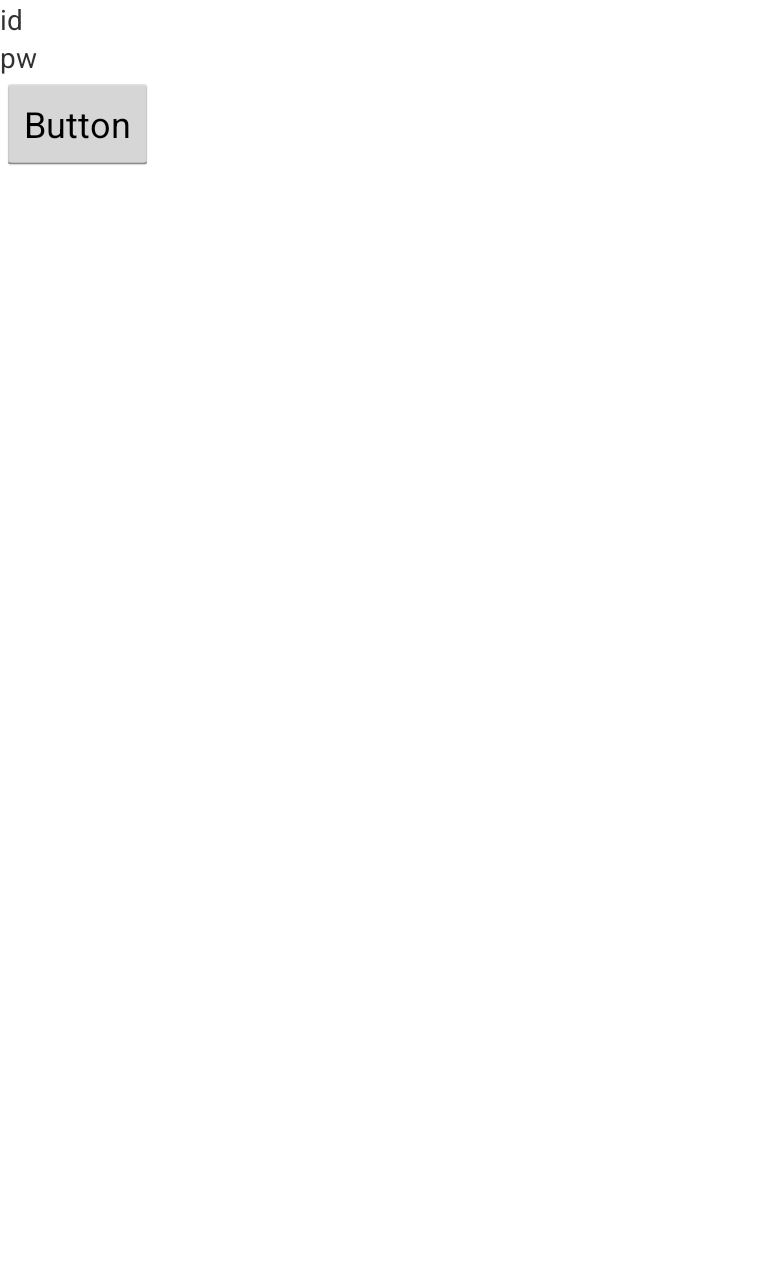
Repository: mewards/Android_Study
Layout: hw/wooil/hw4/res/layout/check.xml
The author's editor kept a copy of each file at every save. The layout is drawn from the files as they stood at one save, then again after the next save.
It is drawn on a 768 x 1280 px phone screen (xhdpi) without system bars, with theme AppTheme; the app's code is not run.

Above is the layout before, as saved 2014-03-04 05:37:25.

### hw/wooil/hw4/res/layout/check.xml
<?xml version="1.0" encoding="utf-8"?>
<LinearLayout xmlns:android="http://schemas.android.com/apk/res/android"
    android:layout_width="match_parent"
    android:layout_height="match_parent"
    android:orientation="vertical" >

    <TextView
        android:id="@+id/idChk"
        android:layout_width="wrap_content"
        android:layout_height="wrap_content"
        android:text="id" />

    <TextView
        android:id="@+id/pwChk"
        android:layout_width="wrap_content"
        android:layout_height="wrap_content"
        android:text="pw" />

    <LinearLayout
        android:layout_width="match_parent"
        android:layout_height="wrap_content" >
    </LinearLayout>

    <LinearLayout
        android:layout_width="match_parent"
        android:layout_height="wrap_content" >

        <Button
            android:id="@+id/button1"
            android:layout_width="wrap_content"
            android:layout_height="wrap_content"
            android:text="Button" />
    </LinearLayout>

</LinearLayout>

Loaded but not shown: hw/wooil/hw4/res/values/styles.xml (common file); hw/wooil/hw4/res/values-v11/styles.xml (common file); hw/wooil/hw4/res/values-v14/styles.xml (common file)

After the next save:
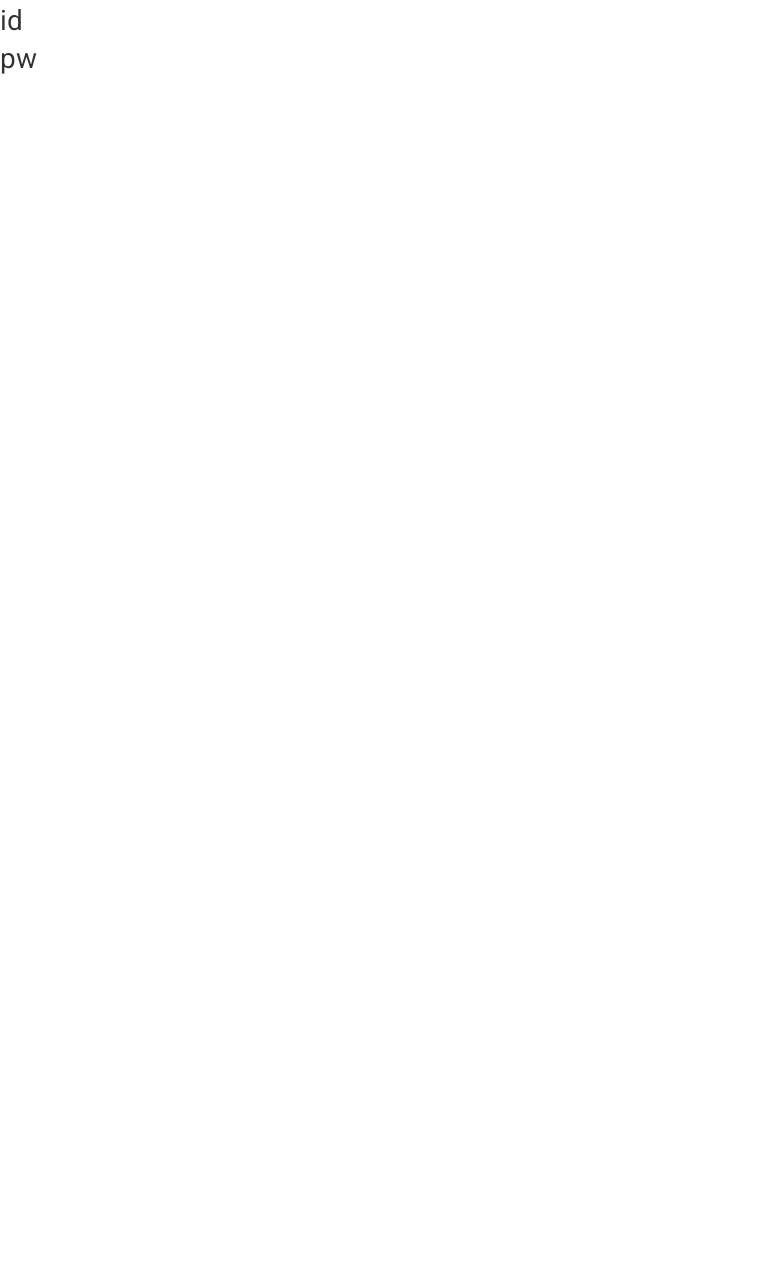
Saved 6 s later.
--- a/hw/wooil/hw4/res/layout/check.xml
+++ b/hw/wooil/hw4/res/layout/check.xml
@@ -23,7 +23,7 @@
 
     <LinearLayout
         android:layout_width="match_parent"
-        android:layout_height="wrap_content" >
+        android:layout_height="match_content" >
 
         <Button
             android:id="@+id/button1"

After the 2 saves that followed:
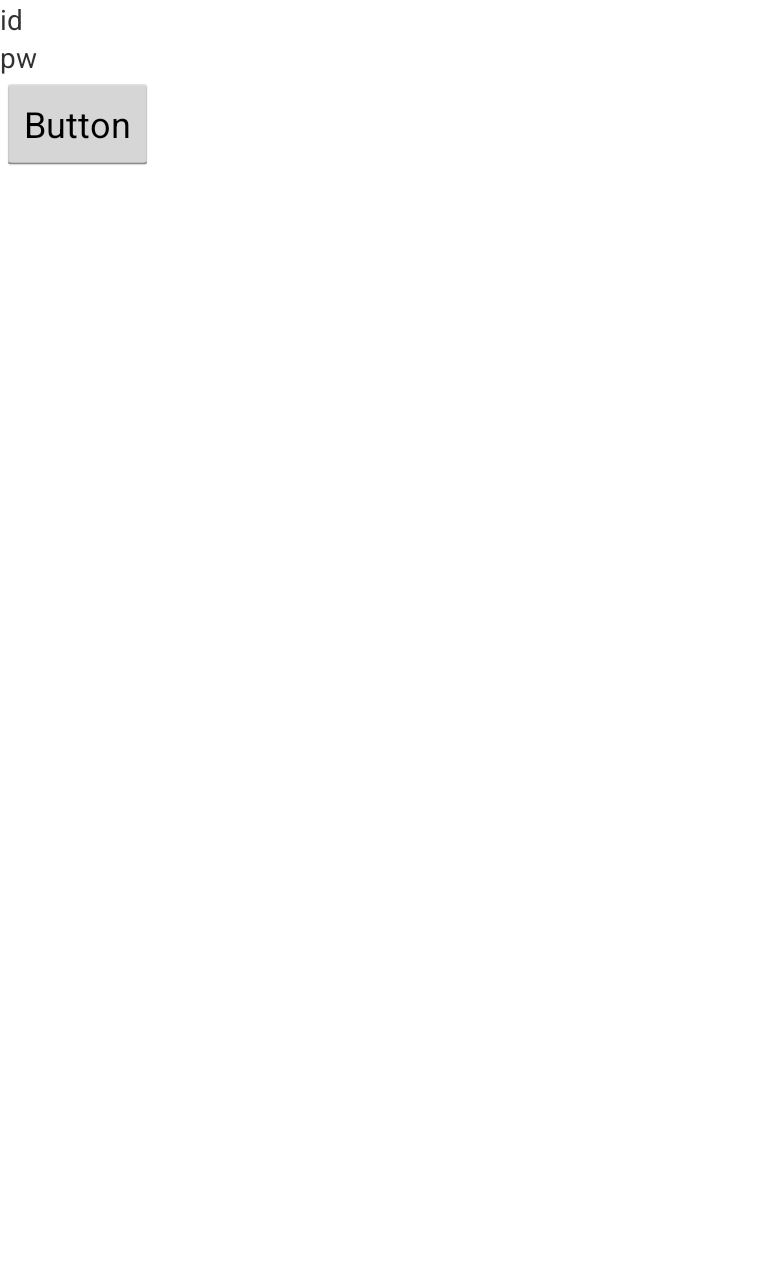
The 2 saves are shown as one change because 1 left the picture as it was.
The last was saved 11 s later.
--- a/hw/wooil/hw4/res/layout/check.xml
+++ b/hw/wooil/hw4/res/layout/check.xml
@@ -23,7 +23,7 @@
 
     <LinearLayout
         android:layout_width="match_parent"
-        android:layout_height="match_content" >
+        android:layout_height="match_parent" >
 
         <Button
             android:id="@+id/button1"
